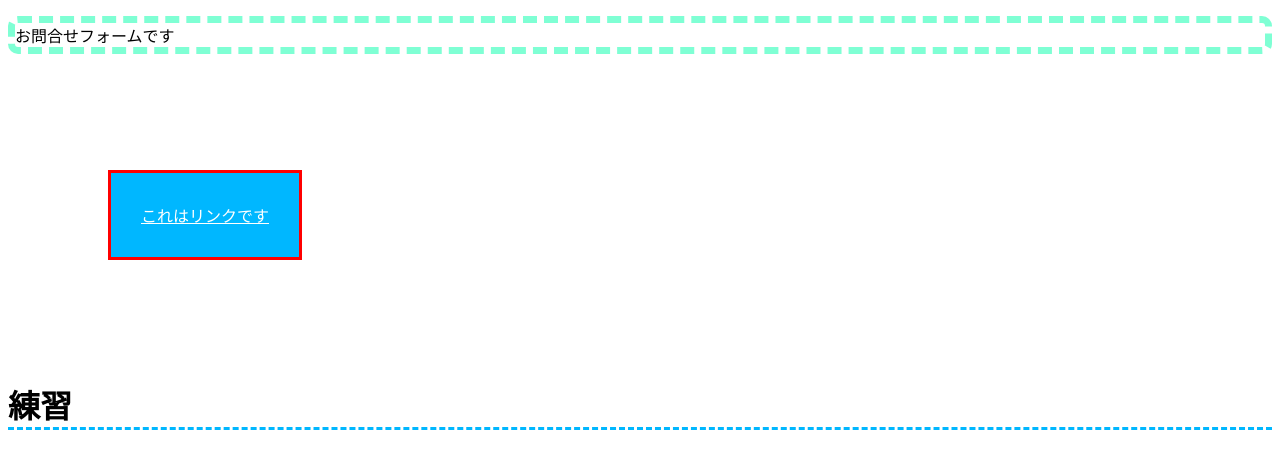
Repository: Jutta197/frontend726
Page: css_ex/box_model/index.html
The author's editor kept a copy of each file at every save. The page is drawn from the files as they stood at one save, then again after the next save.
The browser window is 1280 px wide. The pictures show the whole page.

Above is the page before, as saved 2023-07-28 15:05:49.

### css_ex/box_model/index.html
<!DOCTYPE html>
<html lang="en">

<head>
    <meta charset="UTF-8">
    <meta name="viewport" content="width=device-width, initial-scale=1.0">
    <title>Document</title>
    <link rel="stylesheet" href="style.css">
</head>

<body>
    <p>お問合せフォームです</p>
    <a href="">これはリンクです</a>
    <h1>練習</h1>

</body>

</html>

### css_ex/box_model/style.css
a {
    display: inline-block;
    background-color: rgb(0, 183, 255);
    color: white;
    /*borderを入れる*/
    border: 3px solid red;
    padding: 30px;
    margin: 100px;
}

p {
    border-style: dashed;
    border-width: 7px;
    border-color: aquamarine;
    border-radius: 10px;
}

h1 {
    border-bottom: 3px dashed rgb(0, 183, 255);
}

After the next save:
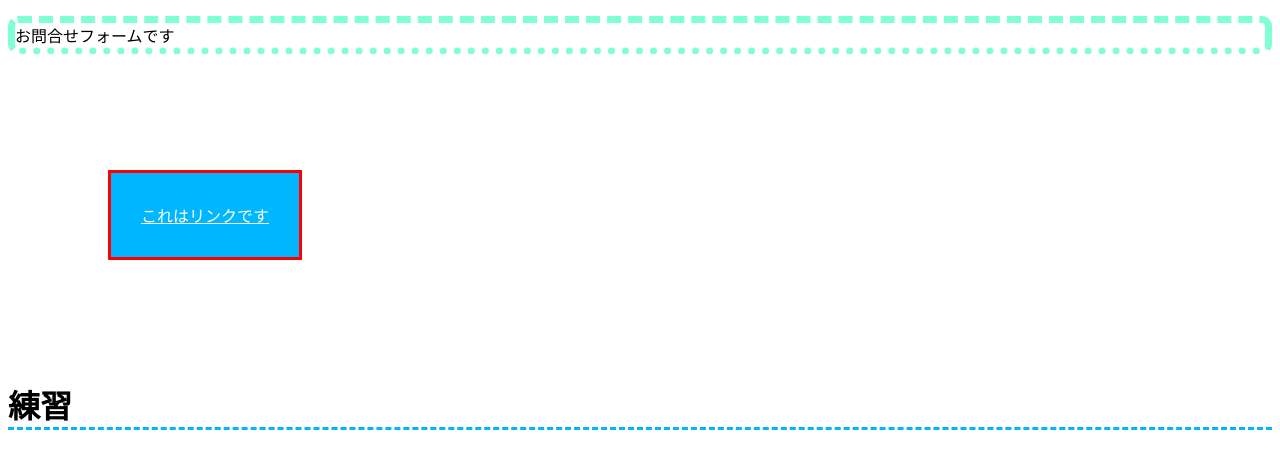
Saved 2 min 23 s later.
--- a/css_ex/box_model/style.css
+++ b/css_ex/box_model/style.css
@@ -9,7 +9,7 @@ a {
 }
 
 p {
-    border-style: dashed;
+    border-style: dashed solid dotted;
     border-width: 7px;
     border-color: aquamarine;
     border-radius: 10px;
